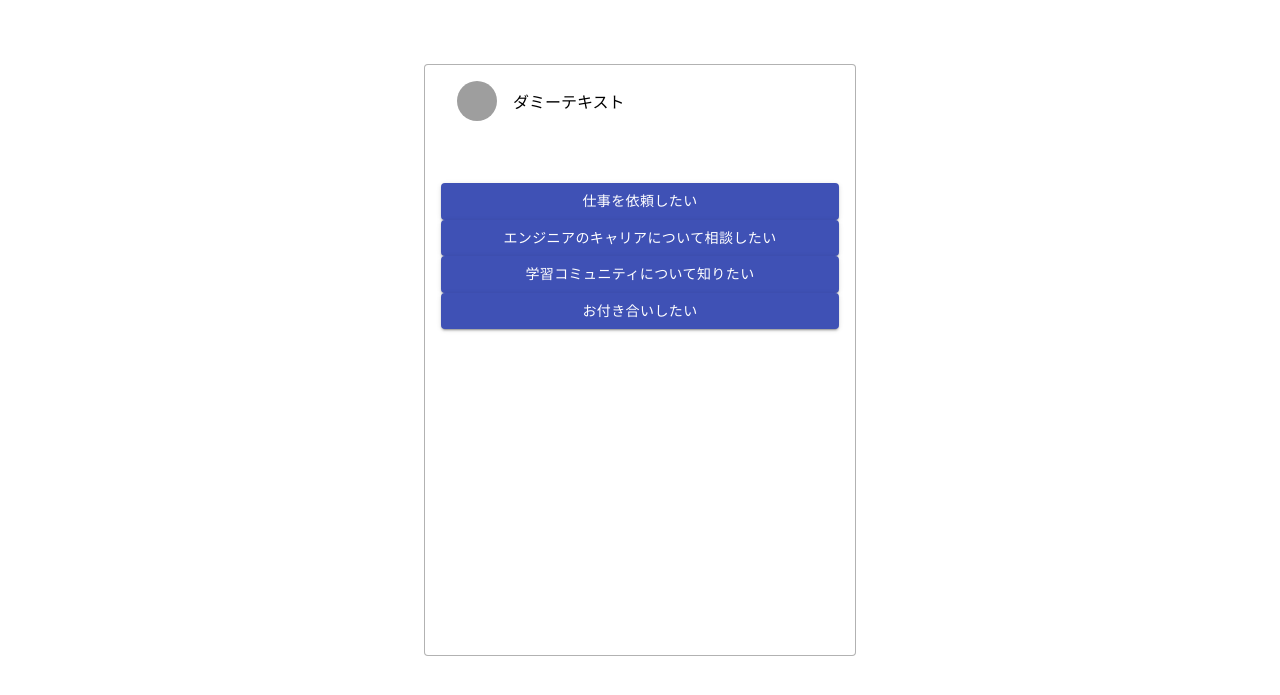
Repository: ShunsukeTanizaki/chatbot-demo
Page: /
An editor plug-in stored every save of this project. The page is shown before and after the next save, followed by the edit.
The browser window is 1280 px wide. The pictures show the whole page.
Pictures or frames that could not be fetched are drawn as grey boxes. The project was rebuilt for these pictures with package versions that can differ from the ones it lists, and the page was loaded fresh each time.

Above is the page before, as saved 2020-10-20 22:19:48.

After the next save:
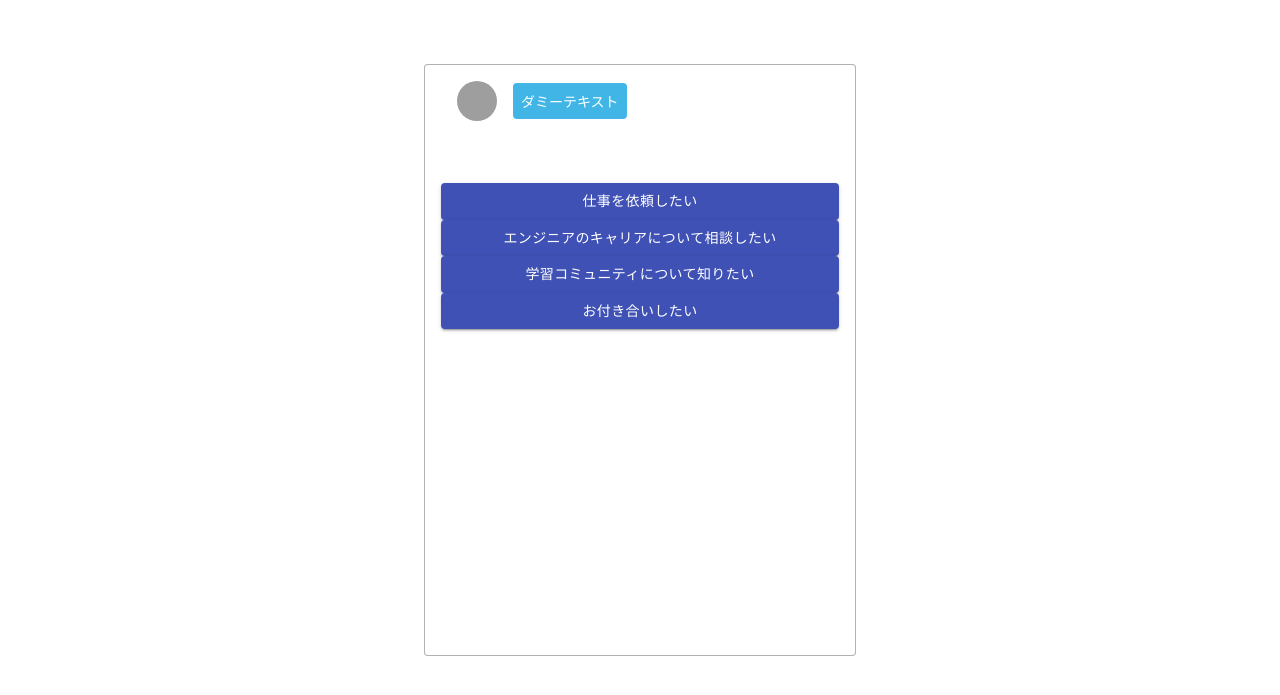
Saved 50 s later.
--- a/src/components/Chat.jsx
+++ b/src/components/Chat.jsx
@@ -11,7 +11,7 @@
             <ListItemAvatar>
                 <Avatar alt="icon" src="/static/images/avatar/1.jpg" />
             </ListItemAvatar>
-            <div className="p-chat__bubb">
+            <div className="p-chat__bubble">
                 ダミーテキスト
             </div>
         </ListItem>
